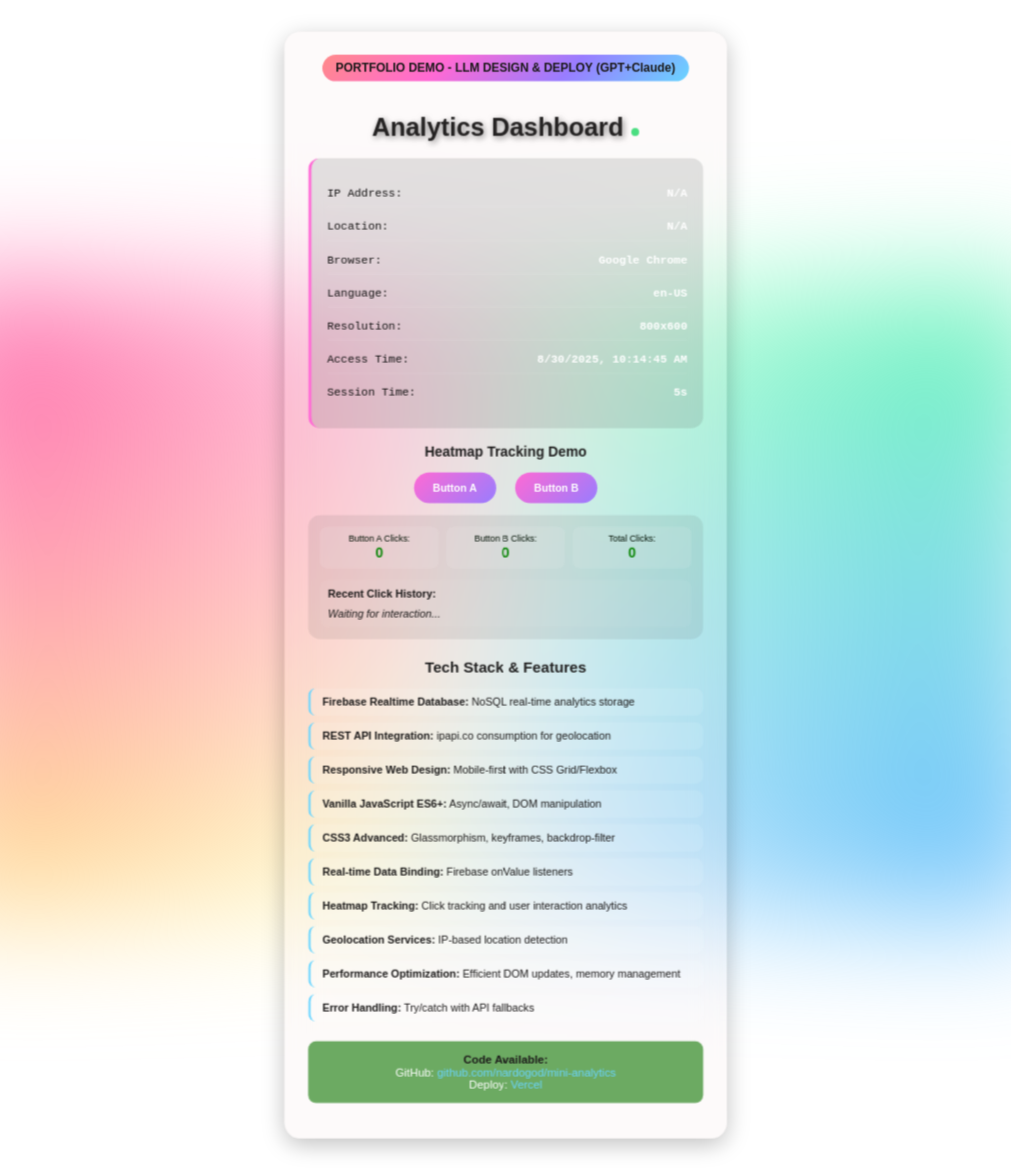
Repository: nardogod/mini-analytics
Page: mini.html
These files come from the project's save history. The page is drawn as it stood at one moment and after a run of saves; the edit follows.
The browser window is 1280 px wide. The pictures show the whole page, at 79% of full size.
The page's requests for data from a server got no answer.

Above is the page before, as saved 2025-08-30 11:34:02.

After the next 2 saves:
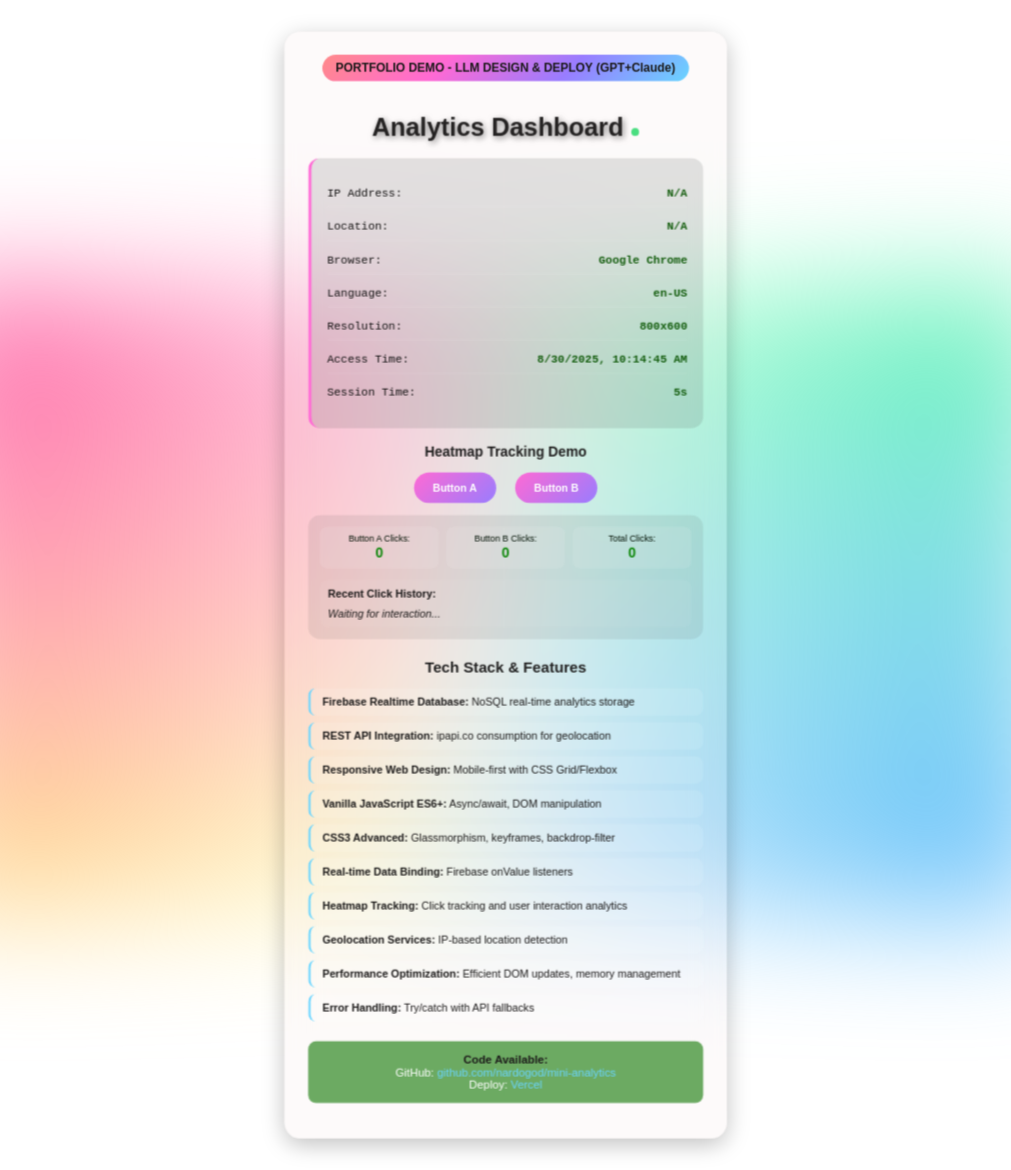
The 2 saves are shown as one change because they came seconds apart.
The last was saved 3 min 45 s later.
--- a/mini.html
+++ b/mini.html
@@ -160,7 +160,7 @@
       }
 
       .value {
-        color: #fff;
+        color: #135c0d;
         font-weight: bold;
       }
 
